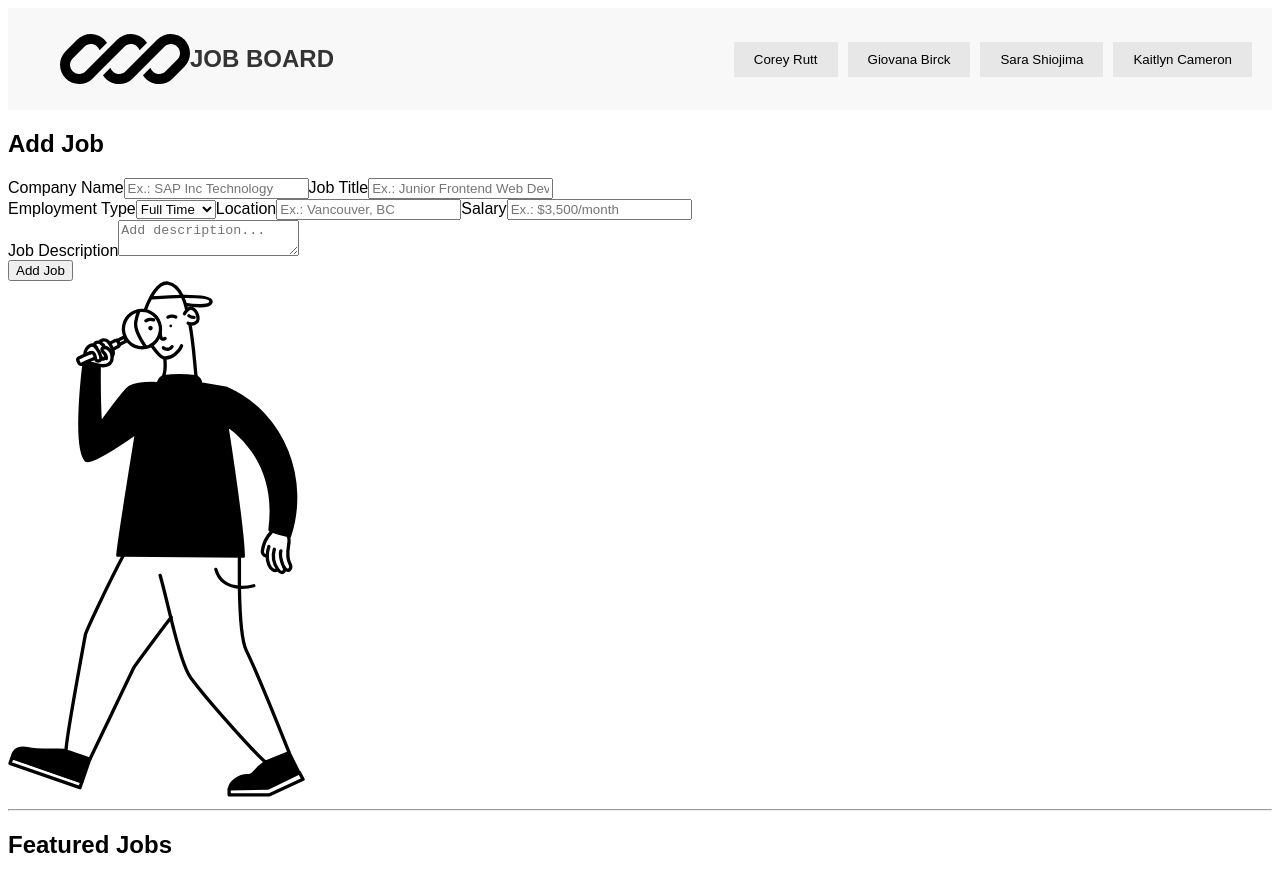
Repository: kcameron37/Final-Project-FrontEnd
Page: /
These files come from the project's save history. The page is drawn as it stood at one moment and after the next save; the edit follows.
The browser window is 1280 px wide. The pictures show the whole page.
The project was rebuilt for these pictures with package versions that can differ from the ones it lists, and the page was loaded fresh each time. Also part of the build but not shown: src/components/addJob.module.css.

Above is the page before, as saved 2023-11-14 20:10:00.

After the next save:
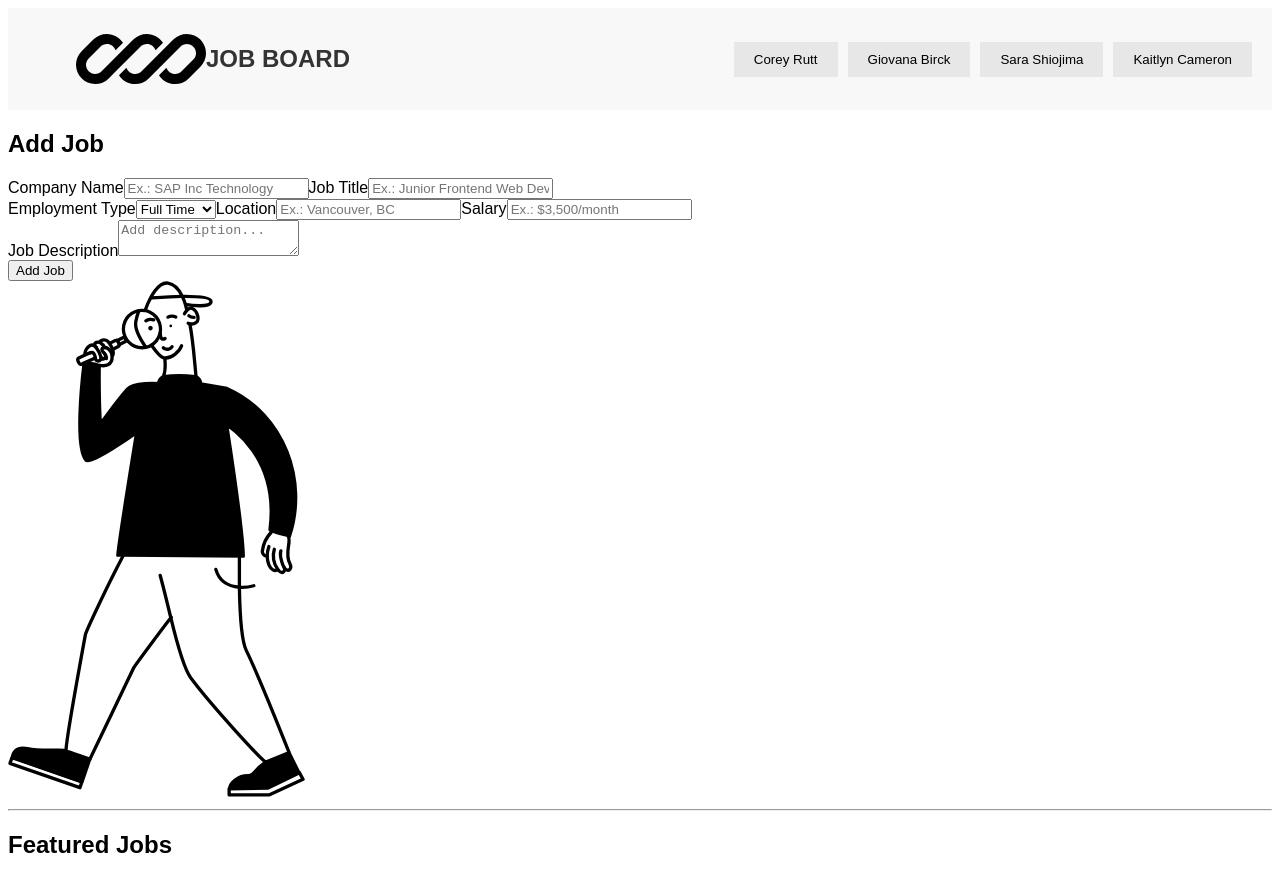
Saved 4 s later.
--- a/src/components/navBar.module.css
+++ b/src/components/navBar.module.css
@@ -33,6 +33,6 @@
 .logo{
   display: flex;
   align-items: center;
-  margin-left: 1em;
+  margin-left: 2em;
   padding: 1em;
 }
